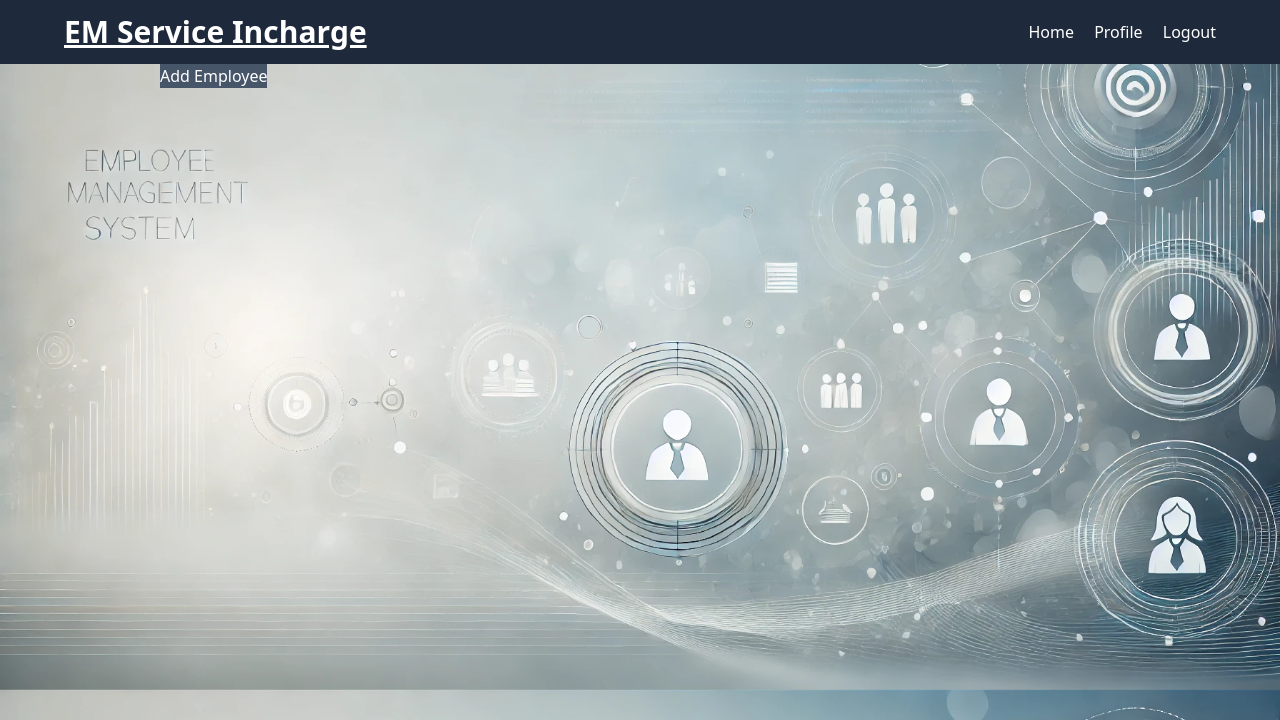
Repository: Vaibhav979/EmployeeManagement-Spring
Page: / (app in em-project-view/)
These files come from the project's save history. The page is drawn as it stood at one moment and after the next save; the edit follows.
The browser window is 1280 px wide. The pictures show the whole page.
The project was rebuilt for these pictures with package versions that can differ from the ones it lists, and the page was loaded fresh each time. Also part of the build but not shown: em-project-view/vite.config.js.

Above is the page before, as saved 2025-01-02 22:39:56.

### em-project-view/src/App.jsx
import { useState } from "react";
import "./App.css";

function App() {
  return (
    <>
      <div className="bg-slate-800 flex h-16 px-16 items-center">
        <h1 className="text-3xl font-bold underline">EM Service Incharge</h1>
        <div className="space-x-4 ml-auto">
          <a className="hover:text-blue-400" href="/">
            {" "}
            Home{" "}
          </a>
          <a className="hover:text-blue-400" href="/">
            {" "}
            Profile{" "}
          </a>
          <a className="hover:text-blue-400" href="/">
            {" "}
            Logout
          </a>
        </div>
      </div>

      <div>
        <button className="bg-slate-600 hover:bg-blue-700 mx-40 py12">Add Employee</button>
      </div>
    </>
  );
}

export default App;

### em-project-view/src/App.css
/* #root {
  max-width: 1280px;
  margin: 0 auto;
  padding: 2rem;
  text-align: center;
} */

.App {
  text-align: left;
}

body {
  background-image: url(./assets/image.png);
  background-size: cover;
  background-position: center;
  color: #ffffff;
  height: 90vh;
}

Loaded but not shown: em-project-view/index.html (common file); em-project-view/src/main.jsx (common file); em-project-view/src/index.css (common file); em-project-view/tailwind.config.js (common file)

After the next save:
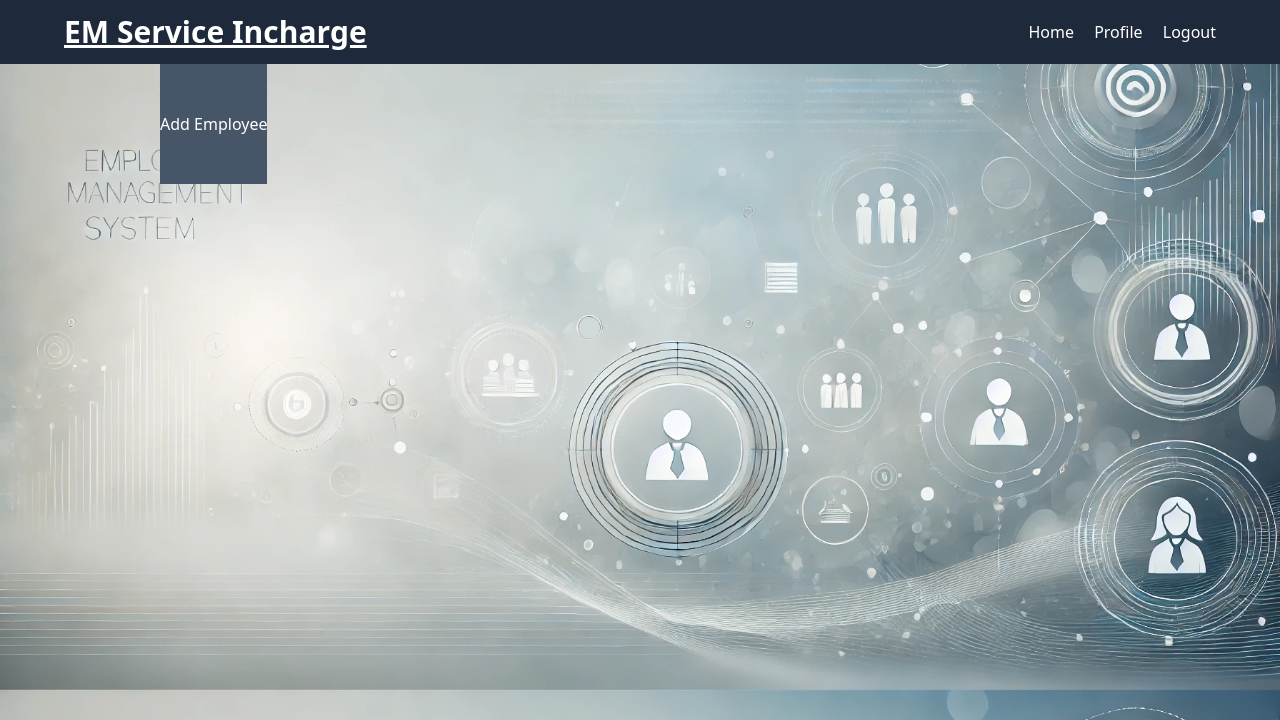
Saved 4 s later.
--- a/em-project-view/src/App.jsx
+++ b/em-project-view/src/App.jsx
@@ -23,7 +23,7 @@ function App() {
       </div>
 
       <div>
-        <button className="bg-slate-600 hover:bg-blue-700 mx-40 py12">Add Employee</button>
+        <button className="bg-slate-600 hover:bg-blue-700 mx-40 py-12">Add Employee</button>
       </div>
     </>
   );
